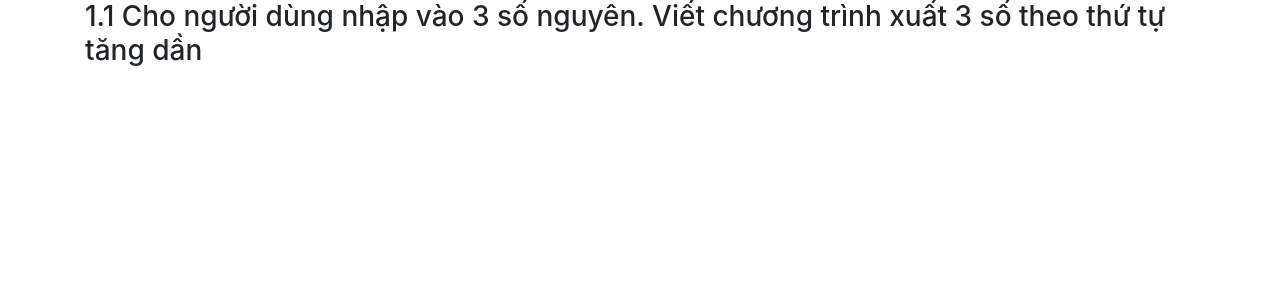
Repository: baobaodeveloper/bootscamp21__jsbasic__HuynhAnhBao
Page: index.html
These files come from the project's save history. The page is drawn as it stood at one moment and after the next save; the edit follows.
The browser window is 1280 px wide. The pictures show the whole page.

Above is the page before, as saved 2022-03-09 23:00:37.

After the next save:
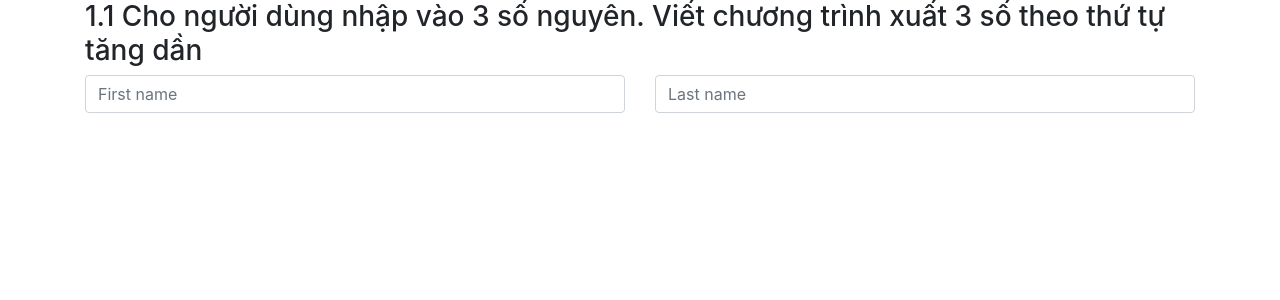
Saved 9 s later.
--- a/index.html
+++ b/index.html
@@ -23,6 +23,25 @@
         1.1 Cho người dùng nhập vào 3 số nguyên. Viết chương trình xuất 3 số
         theo thứ tự tăng dần
       </h3>
+
+      <div class="row">
+        <div class="col">
+          <input
+            type="text"
+            class="form-control"
+            placeholder="First name"
+            aria-label="First name"
+          />
+        </div>
+        <div class="col">
+          <input
+            type="text"
+            class="form-control"
+            placeholder="Last name"
+            aria-label="Last name"
+          />
+        </div>
+      </div>
     </div>
     <!-- Optional JavaScript -->
     <!-- jQuery first, then Popper.js, then Bootstrap JS -->
